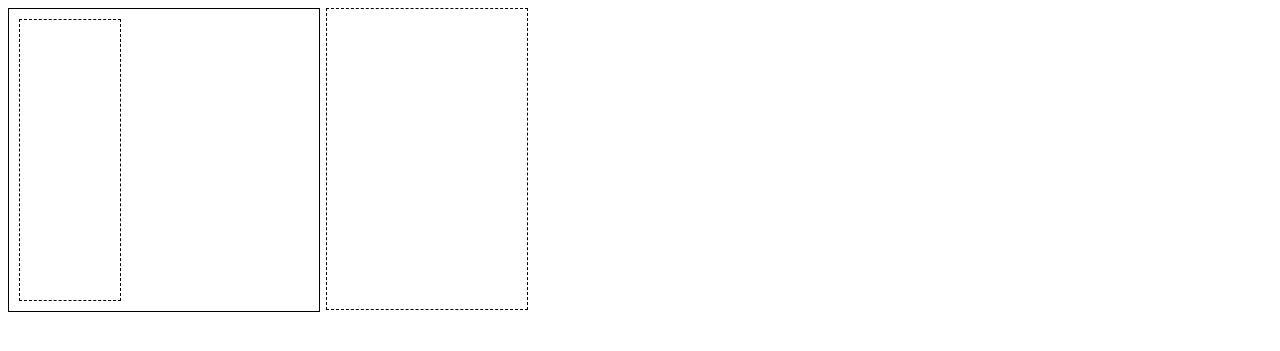
Repository: HuangHhuang/LeetCode
Page: 每日一题/阿里面试题1.html
The author's editor kept a copy of each file at every save. The page is drawn from the files as they stood at one save, then again after a run of saves.
The browser window is 1280 px wide. The pictures show the whole page.

Above is the page before, as saved 2021-06-23 18:52:18.

### 每日一题/阿里面试题1.html
<!DOCTYPE html>
<html lang="en">
<head>
    <meta charset="UTF-8">
    <meta http-equiv="X-UA-Compatible" content="IE=edge">
    <meta name="viewport" content="width=device-width, initial-scale=1.0">
    <title>Document</title>
    <style type="text/css">
        #page { width: 520px; }
        .nav  { width: 200px; float: right; }
        .main { width: 200px; float: left; padding-left: 110px; }
        .sub  { width: 100px; float: left; margin: 10px 20px 10px -100px; }
        .main { border: 1px solid #000; }
        .nav, .sub { border: 1px dashed #000; height: 300px; }
        .sub { height: 280px; }
    </style>
</head>
<body>
    <div id="page">
        <div class="main">
            <div class="sub"></div>
        </div>
        <div class="nav"></div>
    </div>

</body>
</html>

After the next 2 saves:
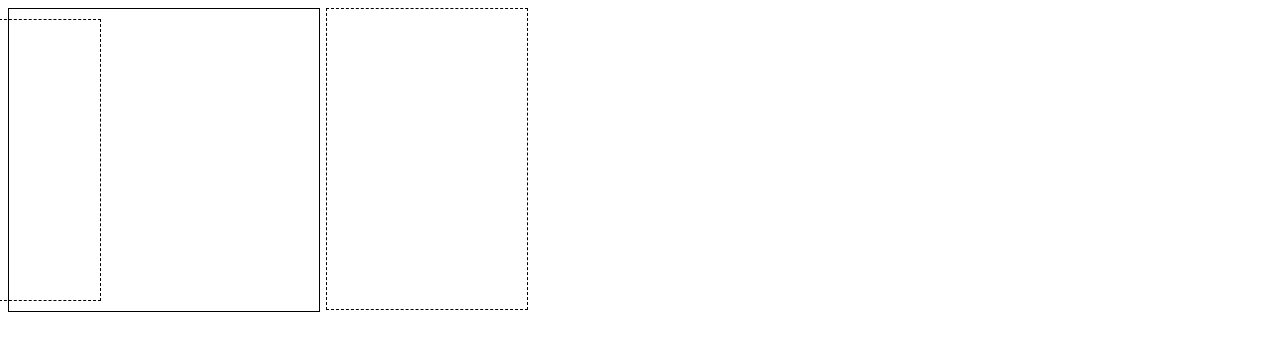
The 2 saves are shown as one change because they came seconds apart.
The last was saved 11 s later.
--- a/每日一题/阿里面试题1.html
+++ b/每日一题/阿里面试题1.html
@@ -9,7 +9,7 @@
         #page { width: 520px; }
         .nav  { width: 200px; float: right; }
         .main { width: 200px; float: left; padding-left: 110px; }
-        .sub  { width: 100px; float: left; margin: 10px 20px 10px -100px; }
+        .sub  { width: 100px; float: left; margin: 10px 0px 10px -120px; }
         .main { border: 1px solid #000; }
         .nav, .sub { border: 1px dashed #000; height: 300px; }
         .sub { height: 280px; }
